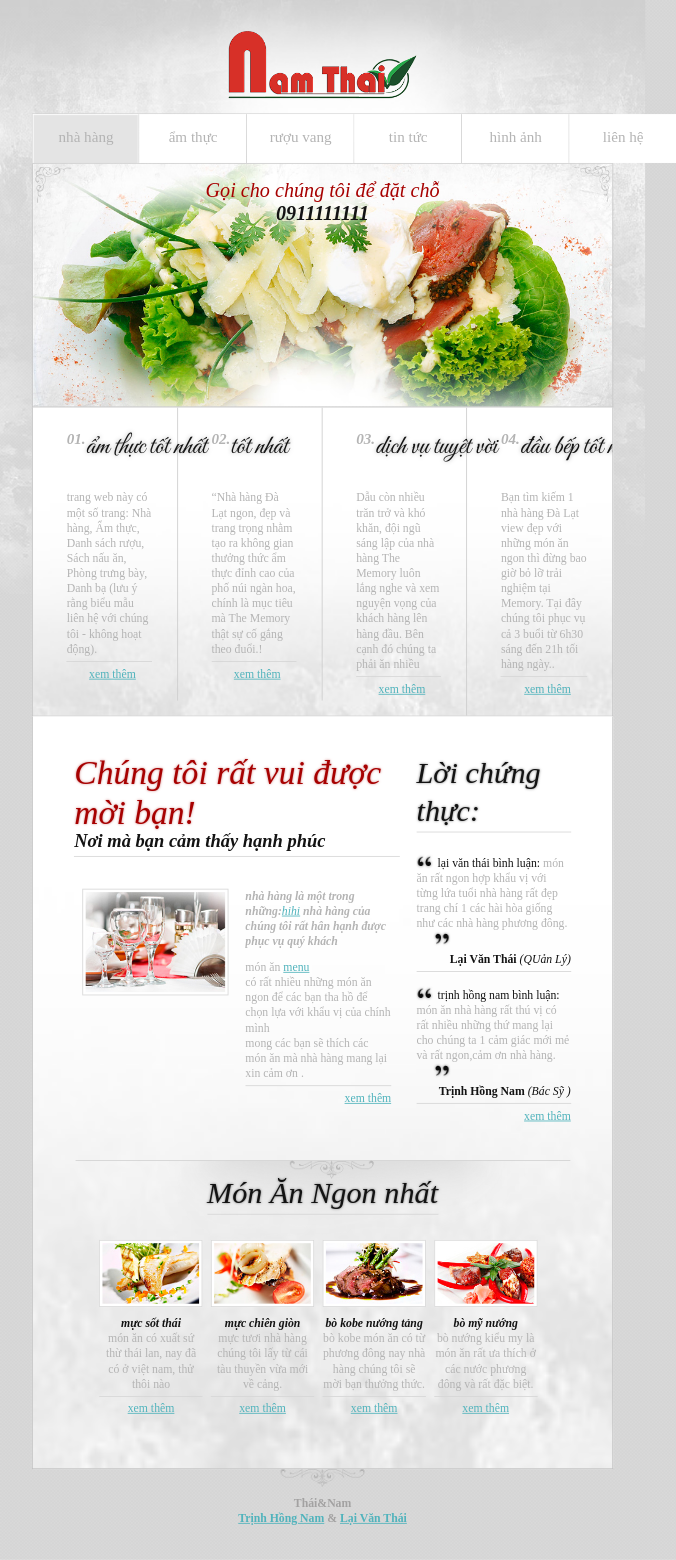
Repository: thaiLVT/DoAnThucTapNamThai
Page: index.html
These files come from the project's save history. The page is drawn as it stood at one moment and after a run of saves; the edit follows.
The browser window is 768 px wide. The page is 805 px wide, so the pictures cover 805 px, including what lies to the right of the window. The pictures show the whole page, at 84% of full size.

Above is the page before, as saved 2022-04-25 01:17:23.

After the next 2 saves:
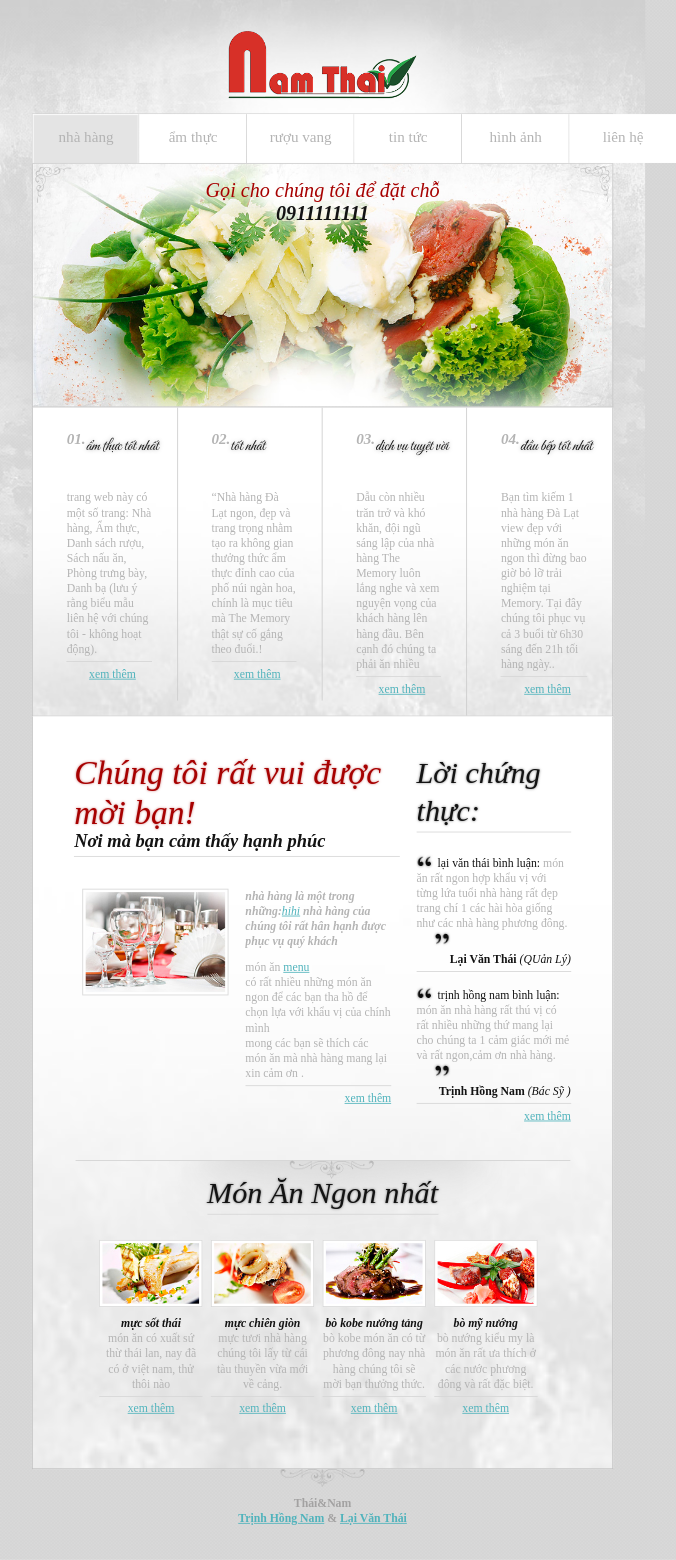
The 2 saves are shown as one change because they came seconds apart.
The last was saved 73 s later.
--- a/css/zerogrid.css
+++ b/css/zerogrid.css
@@ -139,7 +139,7 @@ Author URI: https://www.zerotheme.com/
         width: 90vw;
     }
     .text-1 {
-        font-size: 1.2rem;
+        font-size: 1.2rem !important;
     }
 }
 
